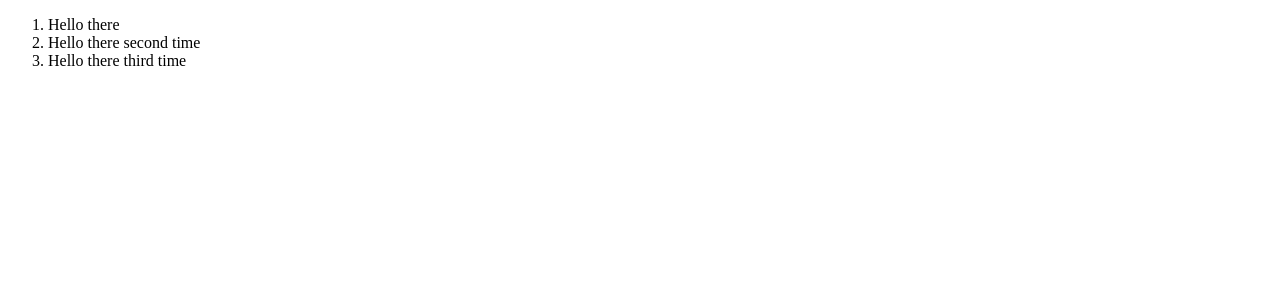
Repository: W0474997SteveArmstrong/udacity-frontenddeveloper-challenge
Page: lists.html
These files come from the project's save history. The page is drawn as it stood at one moment and after a run of saves; the edit follows.
The browser window is 1280 px wide. The pictures show the whole page.

Above is the page before, as saved 2023-02-06 14:04:40.

After the next 2 saves:
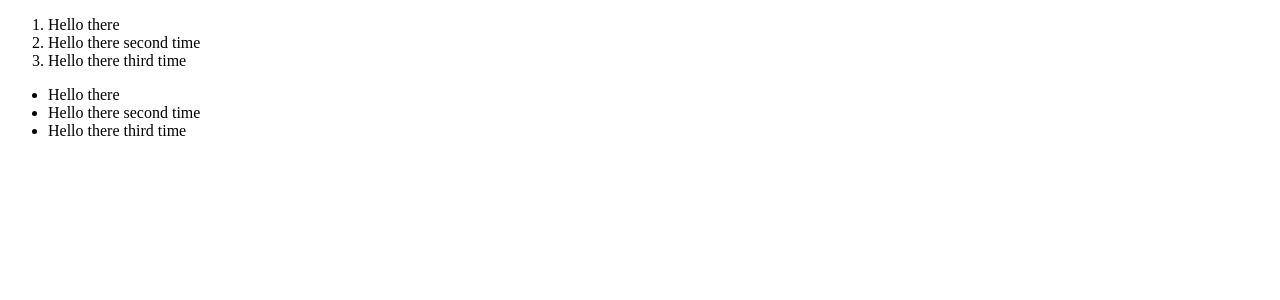
The 2 saves are shown as one change because they came seconds apart.
The last was saved 8 s later.
--- a/lists.html
+++ b/lists.html
@@ -15,7 +15,9 @@
         <li>Hello there third time</li>
     </ol>
     <ul>
-
+        <li>Hello there</li>
+        <li>Hello there second time</li>
+        <li>Hello there third time</li>
     </ul>
 </body>
 
